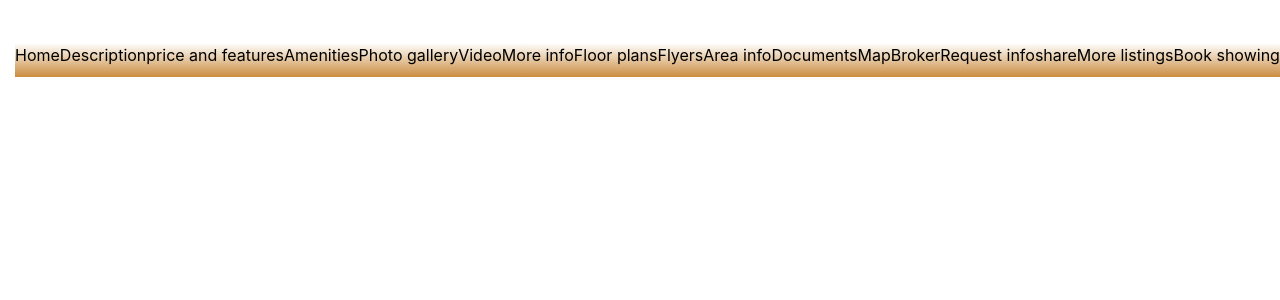
Repository: TMuse333/real-estate-landingpage
Page: /
An editor plug-in stored every save of this project. The page is shown before and after the next save, followed by the edit.
The browser window is 1280 px wide. The pictures show the whole page.
The project was rebuilt for these pictures with package versions that can differ from the ones it lists, and the page was loaded fresh each time. Also part of the build but not shown: vite.config.js.

Above is the page before, as saved 2023-09-19 16:17:41.

### src/App.jsx
import { useState } from 'react'

import './App.css'

import Navbar from './components/navbar'

function App() {


  return (
    <>
    <Navbar/>
    </>
  )
}

export default App

### src/App.css
.header-container{
  display: flex;
  justify-content: space-between;
  align-items: center;
  width: 100vw;
  position: fixed;
  top: 0px;
  background: linear-gradient(to right, #ffffff, #ffffff);
  height: 50px;
  z-index: 10000;
  color:black;

 }

 .nav-list{

  list-style: none;
padding: 0;
  padding-bottom: 10px; /* Remove any default padding */
  margin: 0;
  transform: translate(15px,60px);
  width: 55%;
  background: linear-gradient( #ffffff, #ca8c3f);
}

.list-container {
  position: relative;
  display: flex;
  flex-direction: column;
  align-items: center; /* Vertically center-align the items */
  text-align: center;
  color: black; /* Horizontally center-align the text within li elements */
}

.nav-button{
  margin-right: 20px;
  transform: translate(1rem,3.5rem);
  background-color: transparent;
  color: black;
}

@media screen and (min-width: 415px) and (min-height: 415px){
  .header-container{
    display: flex;
    justify-content: space-between;
    align-items: center;
    width: 100vw;
    position: fixed;
    top: 50px;
    background: linear-gradient(to right, #F4A460, #FF8C00);
height: max-content;
gap:10px;
   }

   .list-container {
    position: absolute;
    display: flex;
 flex-wrap: wrap;
    justify-content:space-around;
    left: 50%; /* Set the left position to the center of the parent container */
    transform: translateX(-50%);
    width: 100vw;
    margin-bottom:100px;
  }

  .nav-list{
    display: flex;


    width: 100%;
  }

  .nav-button{
    display: none;
  }

  }

### src/components/navbar.jsx
import React, { useState,useEffect } from 'react';




const Navbar = () => {
  const [subMenuVisible, setSubMenuVisible] = useState(false);

  const toggleSubMenu = () => {
    setSubMenuVisible(!subMenuVisible);
  };

  const scrollToSection = (sectionId) => {

    const element = document.getElementById(sectionId);
    if (element) {

      element.scrollIntoView({
        behavior: 'smooth', // Smooth scrolling
        block: 'start',    // Scroll to the top of the element
      });
    }
  }

  useEffect(() => {
    // Function to update sub-menu visibility when the screen width changes
    const handleResize = () => {
      const screenWidth = window.innerWidth;
      setSubMenuVisible(screenWidth >= 415); // Set subMenuVisible to true if screen width is at least 415 pixels
    };

    // Add a resize event listener to update the sub-menu visibility
    window.addEventListener('resize', handleResize);

    // Initial call to set sub-menu visibility based on current screen width
    handleResize();

    // Clean up the event listener when the component unmounts
    return () => {
      window.removeEventListener('resize', handleResize);
    };
  }, []);

  const style = {

    opacity: subMenuVisible ? 1 : 0
    ,

  };

  return (
    <div className='header-container'>

      <div className='list-container'>
        <button onClick={toggleSubMenu} className='nav-button'>
          press me
        </button>
        <ul style={style} className='nav-list'>

          <li onClick={()=>scrollToSection('about')}>Home</li>

          <li onClick={()=>scrollToSection('description')}>Description</li>

          <li onClick={()=>scrollToSection('price')}>price and features</li>

          <li onClick={()=>scrollToSection('amenities')}>Amenities</li>

          <li onClick={()=>scrollToSection('photo-gallery')}>Photo gallery</li>

          <li onClick={()=>scrollToSection('video')}>Video</li>

          <li onClick={()=>scrollToSection('more-info')}>More info</li>

          <li onClick={()=>scrollToSection('floor-plans')}>Floor plans</li>

          <li onClick={()=>scrollToSection('flyers')}>Flyers</li>

          <li onClick={()=>scrollToSection('area-info')}>Area info</li>

          <li onClick={()=>scrollToSection('document')}>Documents</li>

          <li onClick={()=>scrollToSection('map')}>Map</li>

          <li onClick={()=>scrollToSection('broker')}>Broker</li>

          <li onClick={()=>scrollToSection('request-info')}>Request info</li>

          <li onClick={()=>scrollToSection('share')}>share</li>

          <li onClick={()=>scrollToSection('more-listings')}>More listings</li>

          <li onClick={()=>scrollToSection('book-showing')}>Book showing</li>





        </ul>
      </div>
    </div>
  );
};

export default Navbar;

Loaded but not shown: index.html (common file); src/main.jsx (common file); src/index.css (common file)

After the next save:
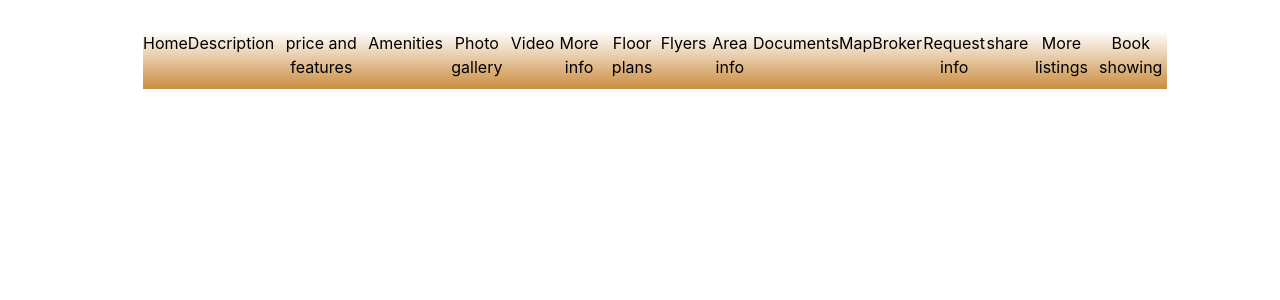
Saved 8 s later.
--- a/src/App.css
+++ b/src/App.css
@@ -59,7 +59,7 @@ gap:10px;
     justify-content:space-around;
     left: 50%; /* Set the left position to the center of the parent container */
     transform: translateX(-50%);
-    width: 100vw;
+    width: 80%;
     margin-bottom:100px;
   }
 
